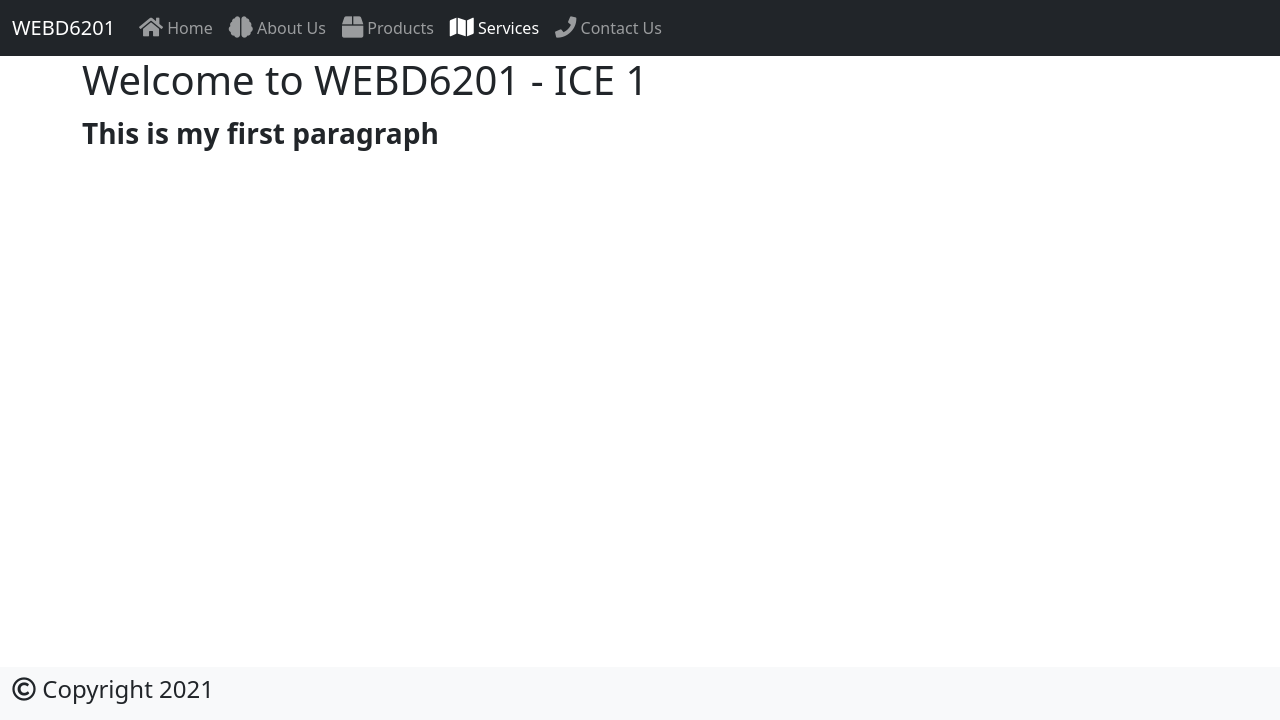
Repository: AshokSasi/WEBD6201-Week3
Page: services.html
These files come from the project's save history. The page is drawn as it stood at one moment and after the next save; the edit follows.
The browser window is 1280 px wide. The pictures show the whole page.

Above is the page before, as saved 2021-01-21 09:57:26.

### services.html
<!DOCTYPE html>
<html lang="en">
<head>
    <meta charset="UTF-8">
    <meta name="viewport" content="width=device-width, initial-scale=1.0">
    <title>Services</title>
    <!-- CSS Section-->
    <link rel="stylesheet" href="./Content/app.css">
    <link rel="stylesheet" href="./node_modules/bootstrap/dist/css/bootstrap.min.css">
    <link rel="stylesheet" href="./node_modules/@fortawesome/fontawesome-free/css/all.min.css">
</head>
<body>
  <!-- Main Header -->
    <header>
      <!--main navbar-->
        <nav class="navbar navbar-expand-lg navbar-dark bg-dark">
            <div class="container-fluid">
              <a class="navbar-brand" href="index.html">WEBD6201</a>
              <button class="navbar-toggler" type="button" data-bs-toggle="collapse" data-bs-target="#navbarSupportedContent" aria-controls="navbarSupportedContent" aria-expanded="false" aria-label="Toggle navigation">
                <span class="navbar-toggler-icon"></span>
              </button>
              <div class="collapse navbar-collapse" id="navbarSupportedContent">
                <ul class="navbar-nav me-auto mb-2 mb-lg-0">
                  <li class="nav-item">
                    <a class="nav-link" aria-current="page" href="index.html"><i class="fas fa-home fa-lg"></i> Home</a>
                  </li>
                  <li class="nav-item">
                    <a class="nav-link" aria-current="page" href="about.html"><i class="fas fa-brain fa-lg"></i> About Us</a>
                  </li>
                  <li class="nav-item">
                    <a class="nav-link" aria-current="page" href="products.html"><i class="fas fa-box fa-lg"></i> Products</a>
                  </li>
                  <li class="nav-item">
                    <a class="nav-link active" aria-current="page" href="services.html"><i class="fas fa-map fa-lg"></i> Services</a>
                  </li>
                  <li class="nav-item">
                    <a class="nav-link" aria-current="page" href="contact.html"><i class="fas fa-phone fa-lg"></i> Contact Us</a>
                  </li>
                </ul>

              </div>
            </div>
          </nav>
    </header>

    <!-- Main Content-->
    <main class="container">
        <h1>Welcome to WEBD 6201</h1>

        <p id="paragraphOne"></p>
    </main>

    <!--Main Footer Nav -->
    <footer>
        <nav class="navbar fixed-bottom navbar-light bg-light">
            <div class="container-fluid">
              <h4><i class="far fa-copyright"></i> Copyright 2021</h4>
            </div>
          </nav>
    </footer>

    <!--Javascript section-->
    <script src="./Scripts/app.js"></script>
    <script src="./node_modules/jquery/dist/jquery.min.js"></script>
    <script src="./node_modules/bootstrap/dist/js/bootstrap.bundle.min.js"></script>
</body>
</html>

### Scripts/app.js

//IIFE Immediately Function Expression
//AKA - Anonymous Self- Executing Function
//Closure - Limits scop leak

"use strict";

(function()
{
    function Start()
    {
        console.log("App started ...");
        let paragraphOneText = "This is a simple site to demonstrate DOM manipulation for ICE 1";

        let paragraphOneElement = document.getElementById("paragraphOne");

        paragraphOneElement.textContent= paragraphOneText;
        paragraphOneElement.className="fs-5";

        // Step 1: document.createElement
        let newParagraph  = document.createElement("p");
        // Step 2: Configure the element
        newParagraph.setAttribute("id","paragraphTwo");
        newParagraph.textContent = "... And this is paragraph two";
        // Step 3: Select the parent element
        let mainContent = document.getElementsByTagName("main")[0];
        // Step4: Add/Insert the element
        mainContent.appendChild(newParagraph);

        newParagraph.className = "fs-6";

        //another way of injecting content
       let paragraphDiv = document.createElement("div");
       let paragraphThree= `<p id="paragraphThree" class="fs-7 fw-bold">And this is the third paragraph</p>`;
        paragraphDiv.innerHTML = paragraphThree;

        //example of inserting before a node.
      //  newParagraph.before(paragraphDiv)

      //example of inserting after a node.
      newParagraph.after(paragraphDiv);

      //delete elements
      //paragraphOneElement.remove();

      //example of remove child
      mainContent.removeChild(paragraphOneElement);

      //update / modification
     // mainContent.firstElementChild.textContent = "Welcome Home";

     mainContent.innerHTML =
     `<h1 id="firstHeading">Welcome to WEBD6201 - ICE 1</h1>
     <p id="paragraphOne" class="fs-3 fw-bold">This is my first paragraph</p>
     `


    }
    window.addEventListener("load", Start);
})();

Loaded but not shown: node_modules/bootstrap/dist/css/bootstrap.min.css (library); node_modules/@fortawesome/fontawesome-free/css/all.min.css (library); node_modules/jquery/dist/jquery.min.js (library); node_modules/bootstrap/dist/js/bootstrap.bundle.min.js (library); Content/app.css (no stored copy; drawn as an empty file)

After the next save:
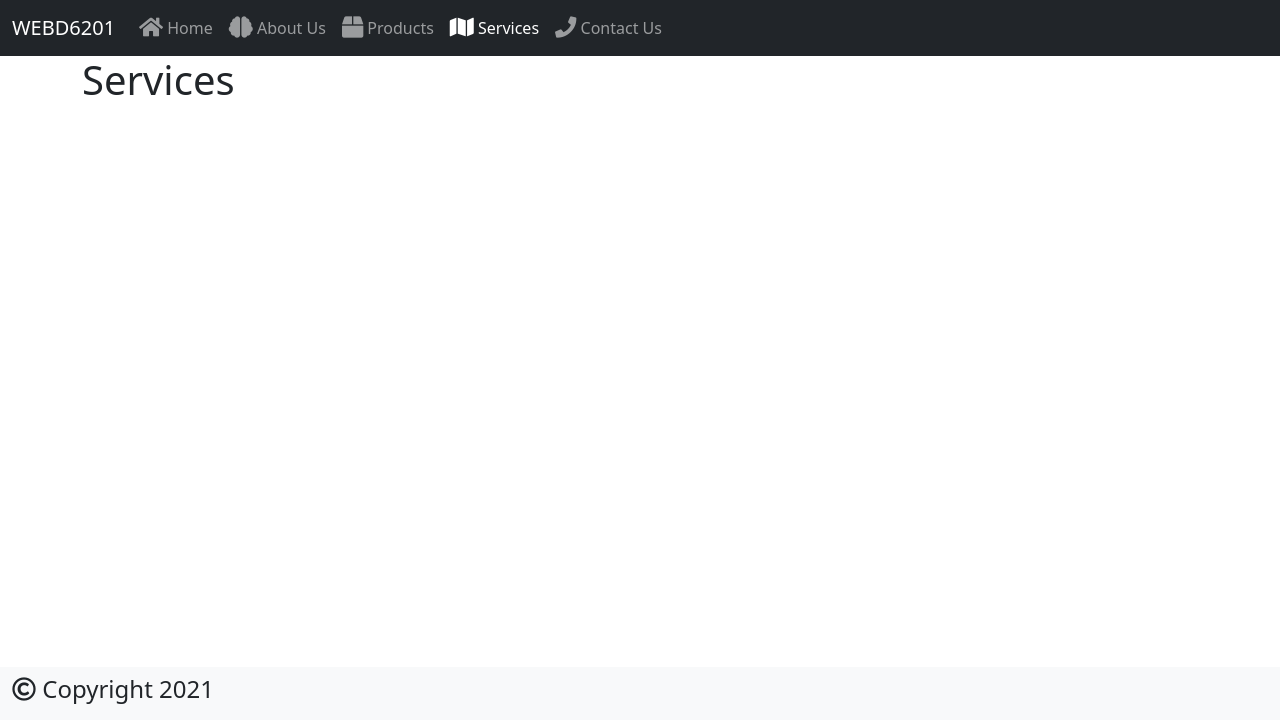
Console error: TypeError: Cannot set properties of null (setting 'textContent')
Saved 55 s later.
--- a/services.html
+++ b/services.html
@@ -45,9 +45,9 @@
 
     <!-- Main Content-->
     <main class="container">
-        <h1>Welcome to WEBD 6201</h1>
+        <h1>Services</h1>
 
-        <p id="paragraphOne"></p>
+
     </main>
 
     <!--Main Footer Nav -->
